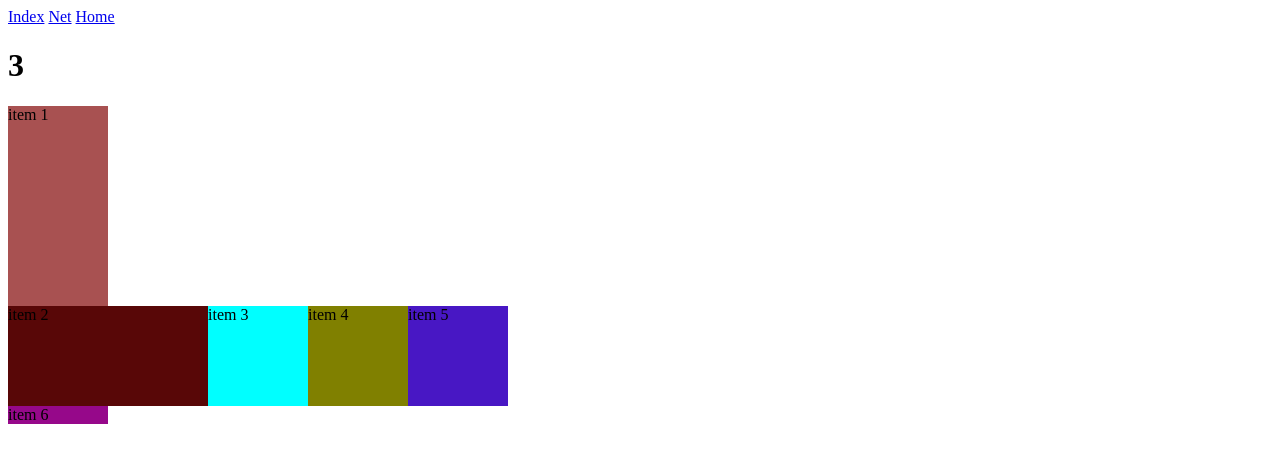
Repository: Nguyen-Toan-2004/du-an-test
Page: product.htm
An editor plug-in stored every save of this project. The page is shown before and after a run of saves, followed by the edit.
The browser window is 1280 px wide. The pictures show the whole page.

Above is the page before, as saved 2025-10-22 19:49:34.

### product.htm
<!DOCTYPE html>
<html lang="en">
  <head>
    <meta charset="UTF-8" />
    <meta name="viewport" content="width=device-width, initial-scale=1.0" />
    <title>Product</title>
  </head>
  <body>
    <a href="index.html">Index</a>
    <a href="net.htm">Net</a>
    <a href="home.html">Home</a>
    <h1>3</h1>
    <style>
      .container {
        display: grid;
        grid-template-columns: repeat(5, 100px);
        grid-template-rows: repeat(3, 100px);
      }
      .box {
        background: #b46464;
        display: flex;
        justify-content: center;
        align-items: center;
      }
      .box1{
        background: #a85151;
        grid-row-start: 1;
        grid-row-end: 3;
      }
      .box2{
        background: #580707;
        grid-column-start: 1;
        grid-column-end: 3;
      }
      .box3{
        background: aqua;
      }
      .box4{
        background: olive;
      }
      .box5{
        background: #4817c4;
      }
      .box6{
        background: #96088a;
      }
    </style>
    <div class="container">
      <div class="box1">item 1</div>
      <div class="box2">item 2</div>
      <div class="box3">item 3</div>
      <div class="box4">item 4</div>
      <div class="box5">item 5</div>
      <div class="box6">item 6</div>
    </div>
  </body>
</html>

After the next 2 saves:
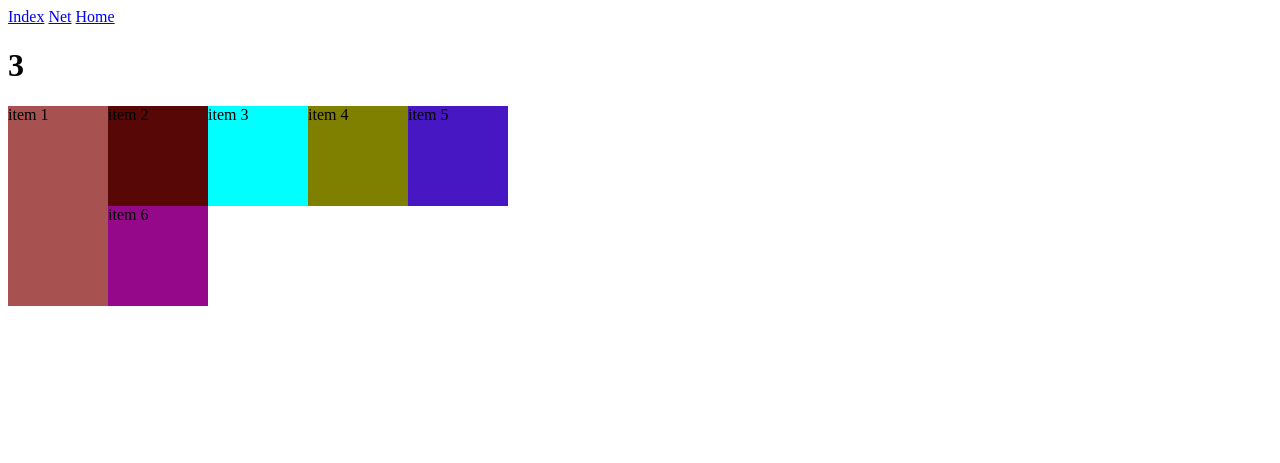
The 2 saves are shown as one change because they came seconds apart.
The last was saved 6 s later.
--- a/product.htm
+++ b/product.htm
@@ -29,7 +29,7 @@
       }
       .box2{
         background: #580707;
-        grid-column-start: 1;
+
         grid-column-end: 3;
       }
       .box3{

After the 2 saves that followed:
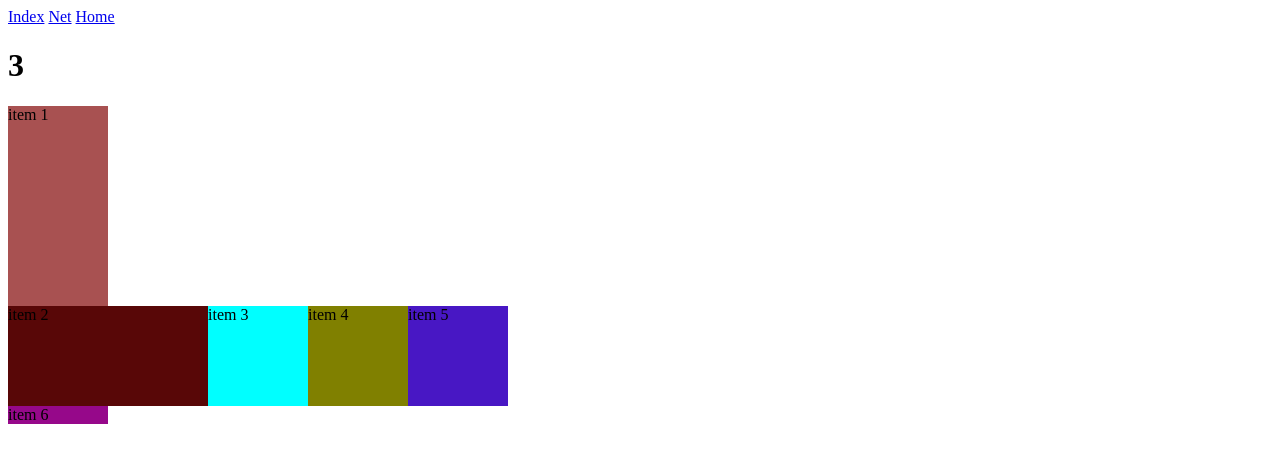
The 2 saves are shown as one change because they came seconds apart.
The last was saved 5 s later.
--- a/product.htm
+++ b/product.htm
@@ -29,7 +29,7 @@
       }
       .box2{
         background: #580707;
-
+        grid-column-start: 1;
         grid-column-end: 3;
       }
       .box3{
